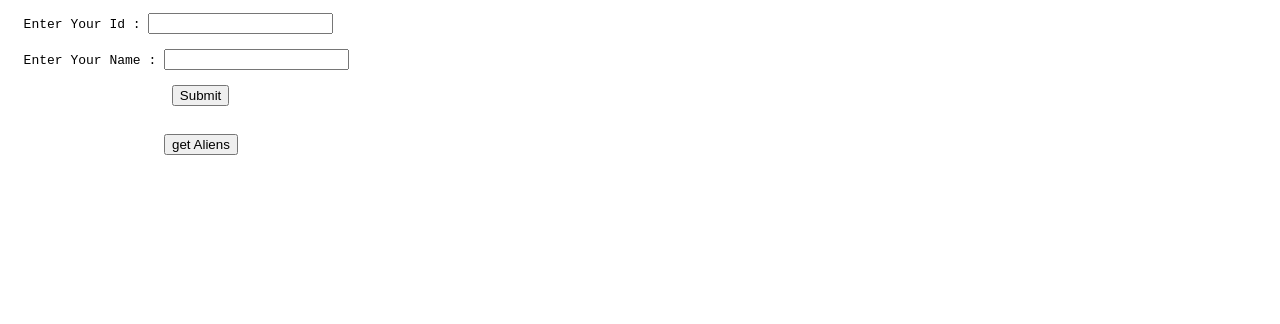
Repository: albelsingh/Spring-boot
Page: http://localhost/SpringMVC/views/index.jsp
The author's editor kept a copy of each file at every save. The page is drawn from the files as they stood at one save, then again after the next save.
The browser window is 1280 px wide. The pictures show the whole page.
The page is served by Tomcat 9.

Above is the page before, as saved 2020-06-19 12:28:50.

After the next save:
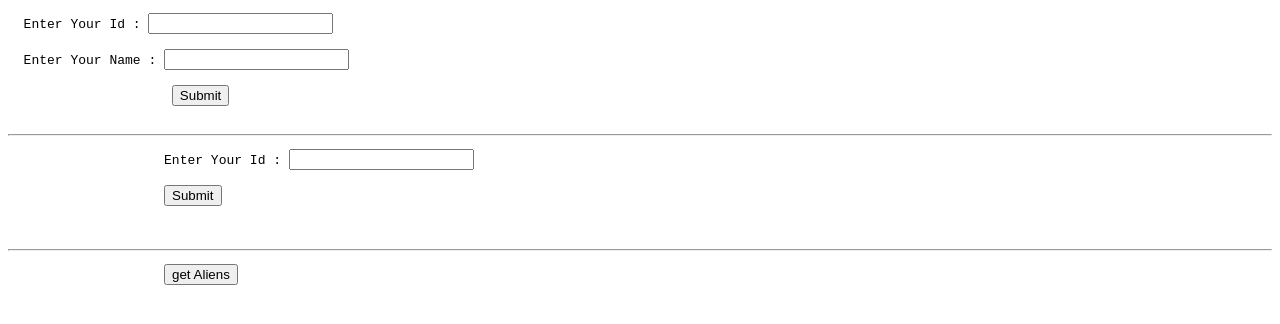
Saved 8 min 51 s later.
--- a/SpringMVC/src/main/webapp/views/index.jsp
+++ b/SpringMVC/src/main/webapp/views/index.jsp
@@ -14,6 +14,15 @@
   Enter Your Name : <input type="text" name="aname"><br>
                      <input type="submit">
   </pre>
+  <hr>
+  </form>
+  <form action="getAlien" method="GET">
+  <pre>
+                    Enter Your Id : <input type="text" name="aid"><br>
+                    <input type="submit"><br>
+  </pre>
+  </form>
+  <hr>
   </form>
   <form action="getAliens" method="GET">
   <pre>
